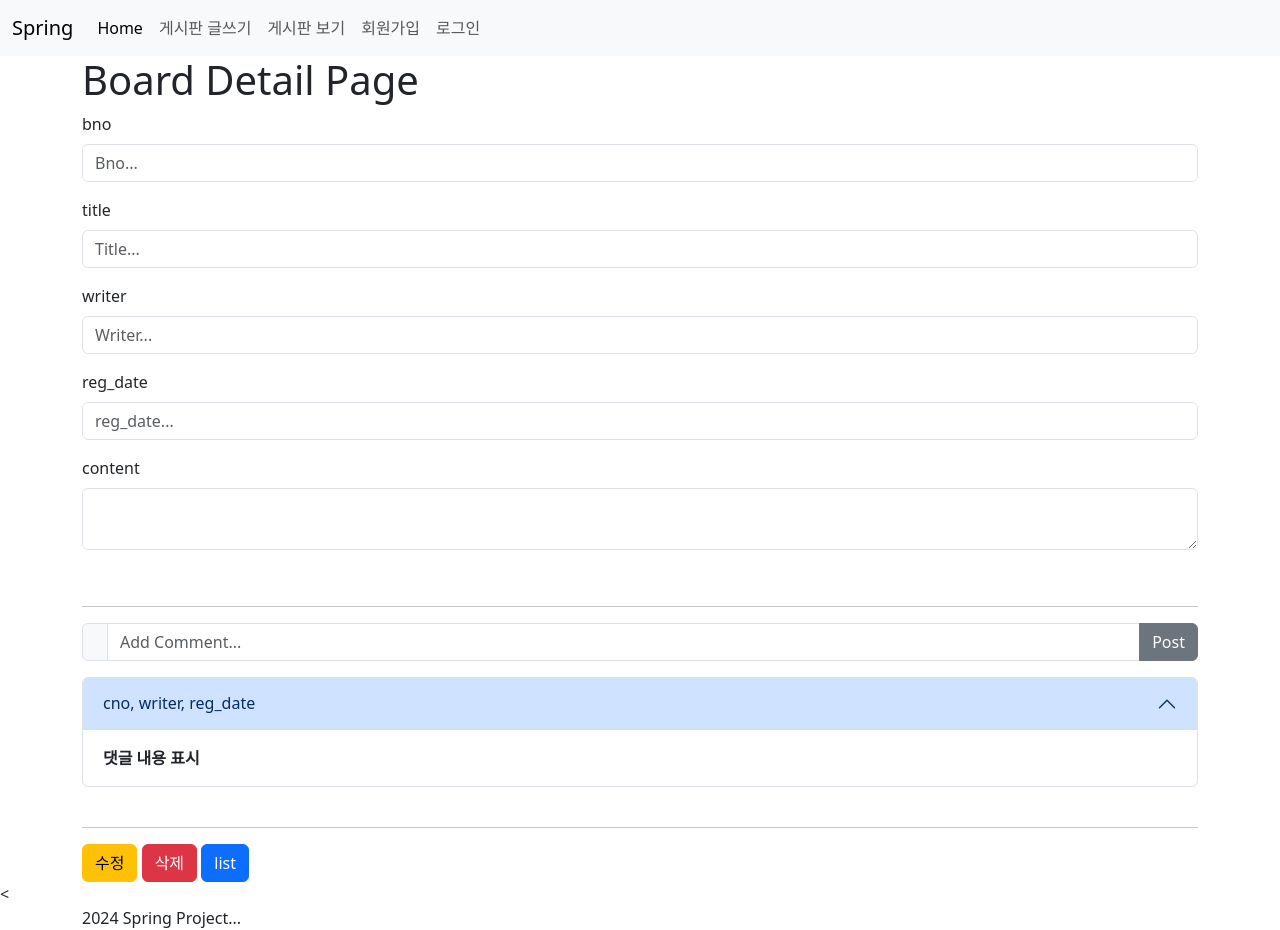
Repository: dhalfks/springTest240430
Page: http://localhost/spring_study/WEB-INF/views/board/detail.jsp
The author's editor kept a copy of each file at every save. The page is drawn from the files as they stood at one save, then again after the next save.
The browser window is 1280 px wide. The pictures show the whole page.
The page is served by Tomcat 9. Nobody is signed in. The template is opened directly, without the code that normally fills it, so the values that code supplies are empty.

Above is the page before, as saved 2024-04-26 03:07:20.

### spring_study/src/main/webapp/WEB-INF/views/board/detail.jsp
<%@ page language="java" contentType="text/html; charset=UTF-8"
    pageEncoding="UTF-8"%>
<jsp:include page="../layout/header.jsp" />
<div class="container-md">
<h1>Board Detail Page</h1>
	<div class="mb-3">
	  <label for="n" class="form-label">bno</label>
	  <input type="text" class="form-control" name="bno" id="n" value="${bvo.bno }" readonly="readonly" placeholder="Bno...">
	</div>
	<div class="mb-3">
	  <label for="t" class="form-label">title</label>
	  <input type="text" class="form-control" name="title" id="t" value="${bvo.title }" readonly="readonly" placeholder="Title...">
	</div>
	<div class="mb-3">
	  <label for="w" class="form-label">writer</label>
	  <input type="text" class="form-control" name="writer" id="w" value="${bvo.writer }" readonly="readonly" placeholder="Writer...">
	</div>
	<div class="mb-3">
	  <label for="r" class="form-label">reg_date</label>
	  <input type="text" class="form-control" name="reg_date" id="r" value="${bvo.reg_date }" readonly="readonly" placeholder="reg_date...">
	</div>
	<div class="mb-3">
	  <label for="c" class="form-label">content</label>
	  <textarea class="form-control" id="c" name="content" aria-label="With textarea" readonly="readonly">${bvo.content }</textarea>
	</div>
	<br>
	<hr>

	<!-- Comment line -->
	<!-- 댓글 등록 라인 -->
	<div class="input-group mb-3">
	  <span class="input-group-text" id="cmtWriter">${ses.id }</span>
	  <input type="text" id="cmtText" class="form-control" placeholder="Add Comment..." aria-label="Username" aria-describedby="basic-addon1">
	  <button type="button" id="cmtAddBtn" class="btn btn-secondary">Post</button>
	</div>

	<!-- 댓글 출력 라인 -->
<div class="accordion" id="accordionExample">
  <div class="accordion-item">
    <h2 class="accordion-header">
      <button class="accordion-button" type="button" data-bs-toggle="collapse" data-bs-target="#collapseOne" aria-expanded="true" aria-controls="collapseOne">
       	cno, writer, reg_date
      </button>
    </h2>
    <div id="collapseOne" class="accordion-collapse collapse show" data-bs-parent="#accordionExample">
      <div class="accordion-body">
        <strong>댓글 내용 표시</strong>
      </div>
    </div>
  </div>
</div>
<br>
<hr>

	<a href="/board/modify?bno=${bvo.bno }"><button type="button" class="btn btn-warning">수정</button></a>
	<a href="/board/remove?bno=${bvo.bno }"><button type="button" class="btn btn-danger">삭제</button></a>
	<a href="/board/list"><button type="button" class="btn btn-primary">list</button></a>

</div>


<<script type="text/javascript" src="/resources/js/boardDetailComment.js">

</script>


<jsp:include page="../layout/footer.jsp" />

### spring_study/src/main/webapp/WEB-INF/views/layout/header.jsp
<%@ page language="java" contentType="text/html; charset=UTF-8"
    pageEncoding="UTF-8"%>
    <%@ taglib uri="http://java.sun.com/jsp/jstl/core" prefix="c" %>

<!DOCTYPE html>
<html>
<head>
<meta charset="UTF-8">
<title>header.jsp</title>
<link href="https://cdn.jsdelivr.net/npm/bootstrap@5.3.3/dist/css/bootstrap.min.css" rel="stylesheet" integrity="sha384-QWTKZyjpPEjISv5WaRU9OFeRpok6YctnYmDr5pNlyT2bRjXh0JMhjY6hW+ALEwIH" crossorigin="anonymous">
<script src="https://cdn.jsdelivr.net/npm/bootstrap@5.3.3/dist/js/bootstrap.bundle.min.js" integrity="sha384-YvpcrYf0tY3lHB60NNkmXc5s9fDVZLESaAA55NDzOxhy9GkcIdslK1eN7N6jIeHz" crossorigin="anonymous"></script>
</head>
<body>
<nav class="navbar navbar-expand-lg bg-body-tertiary">
  <div class="container-fluid">
    <a class="navbar-brand" href="#">Spring</a>
    <button class="navbar-toggler" type="button" data-bs-toggle="collapse" data-bs-target="#navbarSupportedContent" aria-controls="navbarSupportedContent" aria-expanded="false" aria-label="Toggle navigation">
      <span class="navbar-toggler-icon"></span>
    </button>
    <div class="collapse navbar-collapse" id="navbarSupportedContent">
      <ul class="navbar-nav me-auto mb-2 mb-lg-0">
        <li class="nav-item">
          <a class="nav-link active" aria-current="page" href="/">Home</a>
        </li>
        <li class="nav-item">
          <a class="nav-link" href="/board/register">게시판 글쓰기</a>
        </li>
        <li class="nav-item">
          <a class="nav-link" href="/board/list">게시판 보기</a>
        </li>
        <li class="nav-item">
          <a class="nav-link" href="/member/register">회원가입</a>
        </li>
        <c:if test="${ses.id eq null }">
        <li class="nav-item">
          <a class="nav-link" href="/member/login">로그인</a>
        </li>
        </c:if>
        <c:if test="${ses.id ne null }">
        <li class="nav-item">
          <a class="nav-link" href="/member/logout">로그아웃</a>
        </li>
        <li class="nav-item">
          <a class="nav-link" href="/member/modify">${ses.id }( ${ses.email } ) welcome!!</a>
        </li>
        </c:if>
       </ul>
    </div>
  </div>
</nav>

### spring_study/src/main/webapp/WEB-INF/views/layout/footer.jsp
<%@ page language="java" contentType="text/html; charset=UTF-8"
    pageEncoding="UTF-8"%>

<div class="container-md">
 	2024 Spring Project...
</div>

</body>
</html>

Loaded but not shown: spring_study/src/main/webapp/resources/js/boardDetailComment.js (no copy from this time; the picture is the same without it)

After the next save:
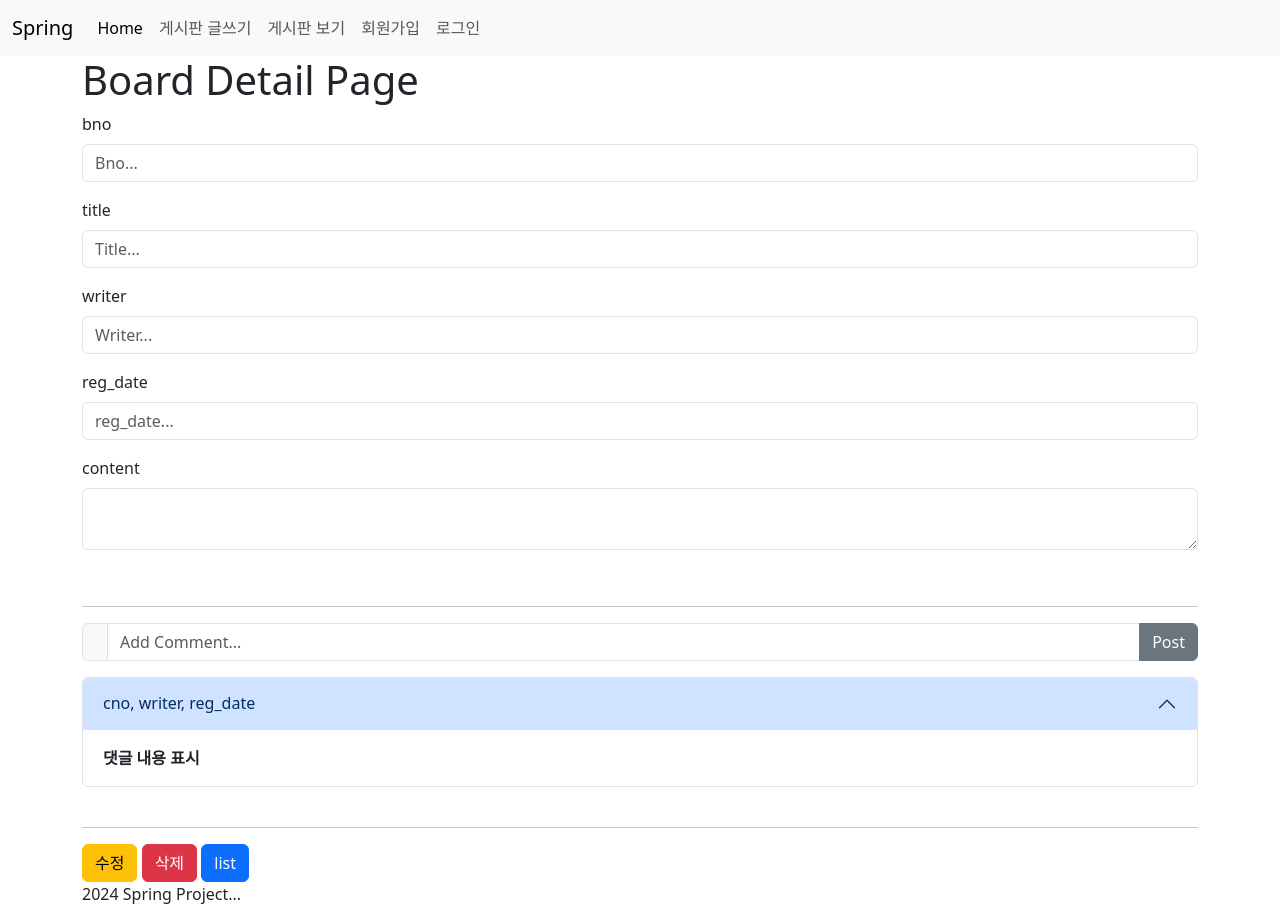
Saved 7 s later.
--- a/spring_study/src/main/webapp/WEB-INF/views/board/detail.jsp
+++ b/spring_study/src/main/webapp/WEB-INF/views/board/detail.jsp
@@ -59,9 +59,7 @@
 </div>
 
 
-<<script type="text/javascript" src="/resources/js/boardDetailComment.js">
-
-</script>
+<script type="text/javascript" src="/resources/js/boardDetailComment.js"></script>
 
 
 <jsp:include page="../layout/footer.jsp" />
